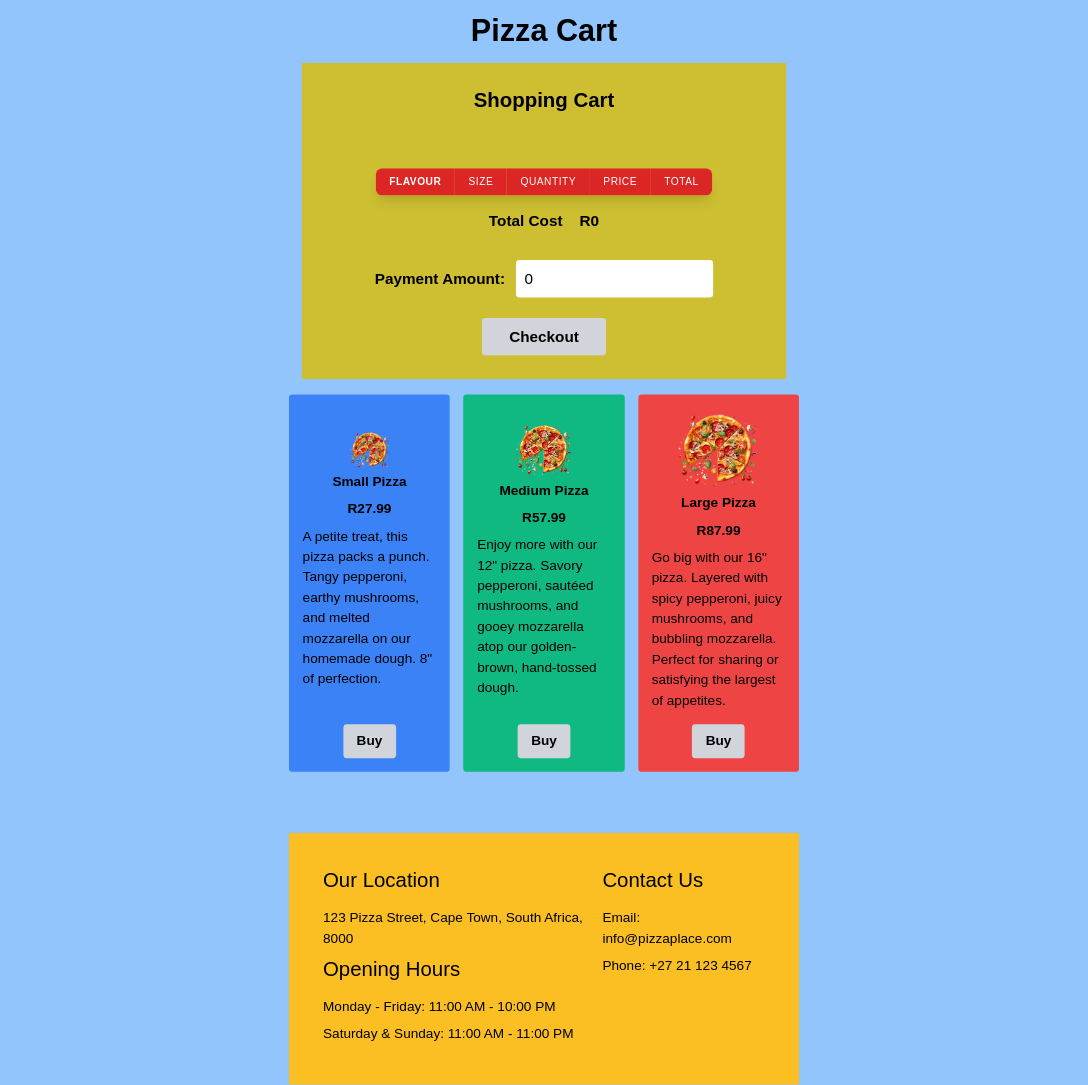
Repository: lasity34/pizza-cart-with-api
Page: index.html
These files come from the project's save history. The page is drawn as it stood at one moment and after the next save; the edit follows.
The browser window is 1280 px wide. The pictures show the whole page, at 85% of full size.
The page's requests for data from a server got no answer. Some web fonts or font styles are not loaded; a fallback is used. Some web libraries are served in a nearby version.

Above is the page before, as saved 2023-07-14 09:48:53.
Console error (its wording comes from the project's code and is left out).

### index.html
<!DOCTYPE html>
<html lang="en">
  <head>
    <meta charset="UTF-8" />
    <meta name="viewport" content="width=device-width, initial-scale=1.0" />
    <title>Pizza Cart</title>
    <script src="//unpkg.com/alpinejs" defer></script>
    <link
      href="https://cdn.jsdelivr.net/npm/tailwindcss@2.1.2/dist/tailwind.min.css"
      rel="stylesheet"
    />
    <script
      src="https://cdnjs.cloudflare.com/ajax/libs/axios/1.4.0/axios.min.js"
      integrity="sha512-uMtXmF28A2Ab/JJO2t/vYhlaa/3ahUOgj1Zf27M5rOo8/+fcTUVH0/E0ll68njmjrLqOBjXM3V9NiPFL5ywWPQ=="
      crossorigin="anonymous"
      referrerpolicy="no-referrer"
    ></script>
    <link href="./style.css" rel="stylesheet" />
    <link rel="preconnect" href="https://fonts.googleapis.com" />
    <link rel="preconnect" href="https://fonts.gstatic.com" crossorigin />
    <link
      href="https://fonts.googleapis.com/css2?family=Titillium+Web:ital@0;1&family=Tsukimi+Rounded:wght@300;400;500&display=swap"
      rel="stylesheet"
    />
  </head>
  <body x-data="pizzaCart" class="bg-blue-300" x-cloak>
    <section class="flex justify-center items-center">
      <h1 class="text-4xl pt-4 font-bold">Pizza Cart</h1>
    </section>

    <section
      class="shop-container my-5 p-7 flex flex-col text-xs sm:text-base md:text-lg lg:text-lg justify-center items-center"
    >
      <h2 class="text-2xl mb-2 font-bold">Shopping Cart</h2>
      <div class="mt-6 flex flex-col items-center">
        <div>
            <section class="mt-8">
                <table class="table-auto w-full rounded-lg overflow-hidden shadow-lg max-w-md mx-auto">
                    <thead class="bg-red-600">
                        <tr>
                            <th class="px-4 py-2 text-left text-xs font-bold font-medium text-white uppercase tracking-wider">Flavour</th>
                            <th class="px-4 py-2 text-left text-xs font-medium text-white uppercase tracking-wider">Size</th>
                            <th class="px-4 py-2 text-left text-xs font-medium text-white uppercase tracking-wider">Quantity</th>
                            <th class="px-4 py-2 text-left text-xs font-medium text-white uppercase tracking-wider">Price</th>
                            <th class="px-4 py-2 text-left text-xs font-medium text-white uppercase tracking-wider">Total</th>
                        </tr>
                    </thead>
                    <tbody class="bg-yellow-100 divide-y divide-gray-200 overflow-auto max-h-64">

                        <template x-for="pizza in cartPizzas">
                            <tr>
                              <td class="px-2 py-1 whitespace-nowrap font-bold text-sm text-gray-500" x-text="pizza.flavour"></td>

                                <td class="px-4 py-2 whitespace-nowrap font-bold text-sm text-gray-500" x-text="pizza.size"></td>
                                <td class="px-4 py-2 whitespace-nowrap font-bold text-sm text-gray-500">
                                    <div class="flex items-center justify-center">
                                        <button
                                            @click="addPizzaToCart(pizza.id)"
                                            class="bg-gray-200 hover:bg-gray-300 text-gray-800 font-bold py-2 px-4 rounded-l"
                                        >
                                            +
                                        </button>
                                        <div x-text="pizza.qty" class="mx-3"></div>
                                        <button
                                            @click="removePizza(pizza.id)"
                                            class="bg-gray-200 hover:bg-gray-300 text-gray-800 font-bold py-2 px-4 rounded-r"
                                        >
                                            -
                                        </button>
                                    </div>
                                </td>
                                <td class="px-4 py-2 whitespace-nowrap text-sm font-bold text-gray-500">
                                    R<span x-text="pizza.price"></span>
                                </td>
                                <td class="px-4 py-2 whitespace-nowrap text-sm font-bold text-gray-500">
                                    R<span x-text="(pizza.qty * pizza.price).toFixed(2)"></span>
                                </td>
                            </tr>
                        </template>
                    </tbody>
                </table>
            </section>


        </div>
        <div class="flex justify-center mt-4">
          <p class="font-bold">Total Cost</p>
          <p class="ml-5 font-bold">
            R<span x-text="cartTotal">0.00</span>
          </p>
        </div>
        <div class="mt-4">
          <span x-html="payMessage"></span>
        </div>

        <div class="mt-4" x-show="total() !== 0" x-cloak>
          <label class="font-bold">Payment Amount:</label>
          <input
            placeholder="Enter payment here"
            type="number"
            step="0.01"
            class="rounded ml-2 py-2"
            x-model="paymentAmount"
          />
        </div>
        <div class="mt-6">
          <button
            x-cloak
            @click="paymentTotal()"
            class="bg-gray-300 hover:bg-gray-400 py-2 px-8 rounded font-bold"
          >
            <span x-text="total() === 0 ? 'Pay' : 'Checkout'"></span>
          </button>
        </div>
      </div>
    </section>

    <section class="pizza_columns">
      <div
        class="flex flex-col gap-4 mx-auto items-center lg:items-stretch lg:flex-row justify-center"
      >
        <div
          class="flex bg-blue-500 rounded p-4 w-4/5 lg:w-4/5 flex-grow flex-shrink flex flex-col justify-between text-black items-center"
        >
          <div class="flex-grow flex flex-col items-center justify-center">
            <img src="./pizza.png" width="50" />
            <h3 class="mb-2 font-bold">Small Pizza</h3>
            <h3 class="mb-2 font-bold">R27.99</h3>
            <p class="mb-4">
              A petite treat, this pizza packs a punch. Tangy pepperoni, earthy
              mushrooms, and melted mozzarella on our homemade dough. 8" of
              perfection.
            </p>
          </div>
          <button
            @click="buy('small')"
            :disabled="smallAdded"
            class="bg-gray-300 hover:bg-gray-400 transition-colors duration-300 py-2 px-4 rounded font-bold"
          >
            Buy
          </button>
        </div>
        <div
          class="pizza_md bg-green-500 rounded p-4 w-4/5 lg:w-4/5 flex-grow flex-shrink flex flex-col justify-between text-black items-center"
        >
          <div class="flex-grow flex flex-col items-center justify-center">
            <img src="./pizza.png" width="70" />
            <h3 class="mb-2 font-bold">Medium Pizza</h3>
            <h3 class="mb-2 font-bold">R57.99</h3>
            <p class="mb-4">
              Enjoy more with our 12" pizza. Savory pepperoni, sautéed
              mushrooms, and gooey mozzarella atop our golden-brown, hand-tossed
              dough.
            </p>
          </div>
          <button
            @click="buy('medium')"
            :disabled="mediumAdded"
            class="bg-gray-300 hover:bg-gray-400 transition-colors duration-300 py-2 px-4 rounded font-bold"
          >
            Buy
          </button>
        </div>
        <div
          class="pizza_lg bg-red-500 rounded p-4 w-4/5 lg:w-4/5 flex-grow flex-shrink flex flex-col justify-between text-black items-center"
        >
          <div class="flex-grow flex flex-col items-center justify-center">
            <img src="./pizza.png" width="100" />
            <h3 class="mb-2 font-bold">Large Pizza</h3>
            <h3 class="mb-2 font-bold">R87.99</h3>
            <p class="mb-4">
              Go big with our 16" pizza. Layered with spicy pepperoni, juicy
              mushrooms, and bubbling mozzarella. Perfect for sharing or
              satisfying the largest of appetites.
            </p>
          </div>
          <button
            @click="buy('large')"
            :disabled="largeAdded"
            class="bg-gray-300 hover:bg-gray-400 transition-colors duration-300 py-2 px-4 rounded font-bold"
          >
            Buy
          </button>
        </div>
      </div>
    </section>
    <!-- all pizzas display -->
    <section class="mt-8">
        <div class="flex flex-col items-center">
            <template x-for="pizza in pizzas">
                <div class="flex items-center border-b border-gray-200 bg-yellow-200 shadow-lg rounded-lg px-4 py-4 my-3 w-full max-w-xl">
                    <div class="w-24 h-24 flex-shrink-0">
                        <img src="./pizza.png" class="w-full h-full object-cover rounded-lg" />
                    </div>
                    <div class="ml-4 flex-grow flex justify-between w-3/4 items-center">
                        <h5 class="ml-2 text-lg font-bold text-black" x-text="pizza.flavour"></h5>
                        <p class="text-lg text-black mt-5 mb-4 mr-6 font-bold">R<span x-text="pizza.price"></span></p>
                    </div>
                    <div>
                        <button @click="addPizzaToCart(pizza.id)" class="bg-gray-600 hover:bg-gray-700 text-white font-bold py-2 px-4 rounded">Buy</button>
                    </div>
                </div>
            </template>
        </div>
    </section>



    <footer class="bg-yellow-400 text-black mt-10 p-10">
      <div class="container mx-auto flex justify-between">
        <div>
          <h2 class="text-2xl mb-4">Our Location</h2>
          <p class="mb-2">123 Pizza Street, Cape Town, South Africa, 8000</p>

          <h2 class="text-2xl mb-4">Opening Hours</h2>
          <p class="mb-2">Monday - Friday: 11:00 AM - 10:00 PM</p>
          <p class="mb-2">Saturday & Sunday: 11:00 AM - 11:00 PM</p>
        </div>
        <div>
          <h2 class="text-2xl mb-4">Contact Us</h2>
          <p class="mb-2">Email: info@pizzaplace.com</p>
          <p class="mb-2">Phone: +27 21 123 4567</p>
        </div>
      </div>
    </footer>

    <div
      x-show="show"
      x-transition:enter="transition ease-out duration-300"
      x-transition:enter-start="opacity-0 transform scale-90"
      x-transition:enter-end="opacity-100 transform scale-100"
      x-transition:leave="transition ease-in duration-300"
      x-transition:leave-start="opacity-100 transform scale-100"
      x-transition:leave-end="opacity-0 transform scale-90"
      class="fixed inset-0 flex items-center justify-center z-50"
    >
      <div class="bg-green-800 text-white rounded p-5 shadow-lg">
        <p x-text="message"></p>
      </div>
    </div>

    <script src="./pizza.js"></script>
  </body>
</html>

### style.css

body {
    max-width: 600px;
    margin: 0 auto;

font-family: 'Tsukimi Rounded', sans-serif;
}

.shop-container {
    background-color: rgb(205, 190, 50);
    max-width: 95%;
    margin: 1em auto;
}

input::-webkit-outer-spin-button,
input::-webkit-inner-spin-button {
  -webkit-appearance: none;
  margin: 0;
}

input[type="number"] {
  -moz-appearance: textfield;
 text-indent: 10px;
}

[x-cloak] { display: none; }

### pizza.js
function pizzaCart() {
  return {
    quantity: 0,
    paymentAmount: 0,
    message: "",
    payMessage: "",
    smallAdded: false,
    mediumAdded: false,
    largeAdded: false,
    show: false,
    prices: {
      small: 27.99,
      medium: 57.99,
      large: 87.99,
    },
    lastMessageAdded: "",

    pizzas: [],
    username: "bjorn",
    cartId: "jI0VaxiP9k",
    cartPizzas: [],
    cartTotal: 0.0,
    increment(size) {
      if (size === "small" && this.smallAdded) {
        this.smallAmount++;
      } else if (size === "medium" && this.mediumAdded) {
        this.mediumAmount++;
      } else if (size === "large" && this.largeAdded) {
        this.largeAmount++;
      }
    },
    buy(size) {
      if (size === "small") {
        this.smallAdded = true;
        this.smallAmount++; // increment the small pizza count
        this.message = "Small Pizza has been added";
      } else if (size === "medium") {
        this.mediumAdded = true;
        this.mediumAmount++; // increment the medium pizza count
        this.message = "Medium Pizza has been added";
      } else if (size === "large") {
        this.largeAdded = true;
        this.largeAmount++; // increment the large pizza count
        this.message = "Large Pizza has been added";
      }
      this.toggleModal();
    },
    decrement(size) {
      if (size === "small" && this.smallAmount > 0 && this.smallAdded) {
        this.smallAmount--;
        if (this.smallAmount === 0) this.smallAdded = false;
      }
      if (size === "medium" && this.mediumAmount > 0 && this.mediumAdded) {
        this.mediumAmount--;
        if (this.mediumAmount === 0) this.mediumAdded = false;
      }
      if (size === "large" && this.largeAmount > 0 && this.largeAdded) {
        this.largeAmount--;
        if (this.largeAmount === 0) this.largeAdded = false;
      }
    },
    total() {
      return (
        this.smallAmount * this.prices.small +
        this.mediumAmount * this.prices.medium +
        this.largeAmount * this.prices.large
      );
    },
    paymentTotal() {
      if (this.paymentAmount < this.total()) {
        this.payMessage = `<p class='flex bg-red-600 text-white py-2 px-4 font-bold text-lg my-3 py-1'>R${(
          this.total() - this.paymentAmount
        ).toFixed(2)} is needed</p>`;
        setTimeout(() => {
          this.payMessage = "";
        }, 2000);
      } else if (this.paymentAmount > this.total()) {
        this.payMessage = `<p class='flex bg-red-600 text-white py-2 px-4 font-bold text-lg my-3 py-1'>There is R${(
          this.paymentAmount - this.total()
        ).toFixed(2)} too much</p>`;
        setTimeout(() => {
          this.payMessage = "";
        }, 2000);
      } else if (this.paymentAmount == this.total() && this.total() !== 0) {
        this.payMessage =
          "<p class='flex bg-green-600 text-white py-2 px-4 font-bold text-lg my-3 py-1'>Enjoy your pizzas<p>";
        this.reset();
        setTimeout(() => {
          this.payMessage = "";
        }, 2000);
      }
    },
    toggleModal() {
      this.show = !this.show;
      if (this.show) {
        setTimeout(() => {
          this.show = false;
        }, 2000); // Close after 2 seconds
      }
    },
    reset() {
      this.smallAmount = 0;
      this.mediumAmount = 0;
      this.largeAmount = 0;
      this.paymentAmount = 0;
      this.message = "";

      this.smallAdded = false;
      this.mediumAdded = false;
      this.largeAdded = false;
      this.show = false;
    },


    // API

    getCart() {
      const getCartURL = `https://pizza-api.projectcodex.net/api/pizza-cart/${this.cartId}/get`;

      return axios.get(getCartURL);
    },
    addPizza(pizzaId) {
      return axios.post(
        "https://pizza-api.projectcodex.net/api/pizza-cart/add",
        {
          cart_code: this.cartId,
          pizza_id: pizzaId,

        }
      );
    },
    removePizza(pizzaId) {
      return axios.post(
        "https://pizza-api.projectcodex.net/api/pizza-cart/remove",
        {
          cart_code: this.cartId,
          pizza_id: pizzaId,

        }
      );
    },
    showCartData() {
      this.getCart().then((result) => {
        const cartData = result.data;
        this.cartPizzas = cartData.pizzas;
        this.cartTotal = cartData.total;
      });
    },
    init() {
      axios
        .get("https://pizza-api.projectcodex.net/api/pizzas")
        .then((result) => {
          this.pizzas = result.data.pizzas;
        });

      this.showCartData();
    },
    addPizzaToCart(pizzaId) {
      this.addPizza(pizzaId).then(() => {
        this.showCartData();
      });
    },
    removePizzaFromCart() {
      this.removePizza(pizzaId).then(() => {
        this.showCartData();
      })
    },
  };
}

document.addEventListener("alpine:init", () => {
  Alpine.data("pizzaCart", pizzaCart);
});

After the next save:
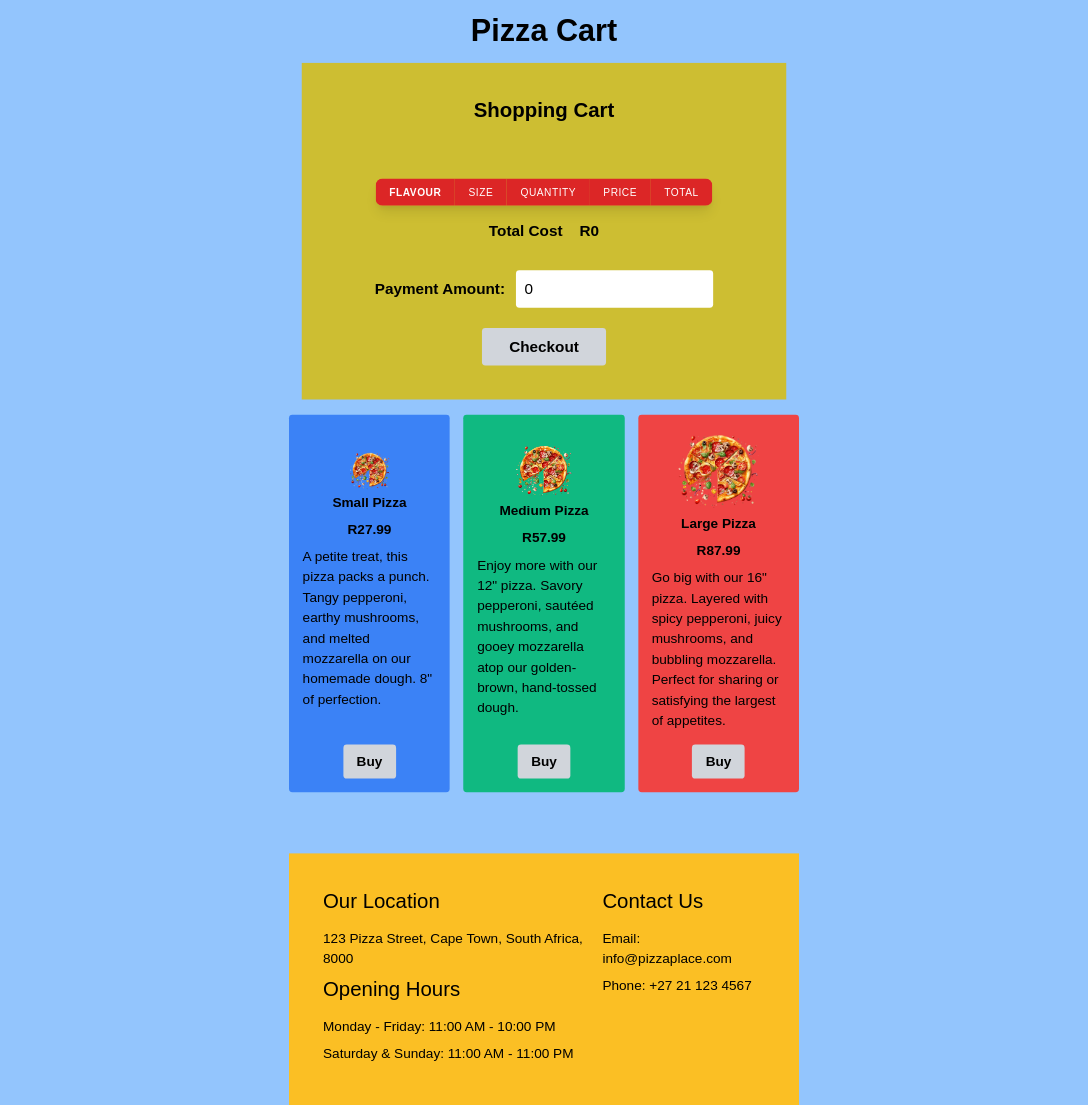
Saved 27 s later.
--- a/index.html
+++ b/index.html
@@ -29,7 +29,7 @@
     </section>
 
     <section
-      class="shop-container my-5 p-7 flex flex-col text-xs sm:text-base md:text-lg lg:text-lg justify-center items-center"
+      class="shop-container my-5 p-10 flex flex-col text-xs sm:text-base md:text-lg lg:text-lg justify-center items-center"
     >
       <h2 class="text-2xl mb-2 font-bold">Shopping Cart</h2>
       <div class="mt-6 flex flex-col items-center">

After the save that followed:
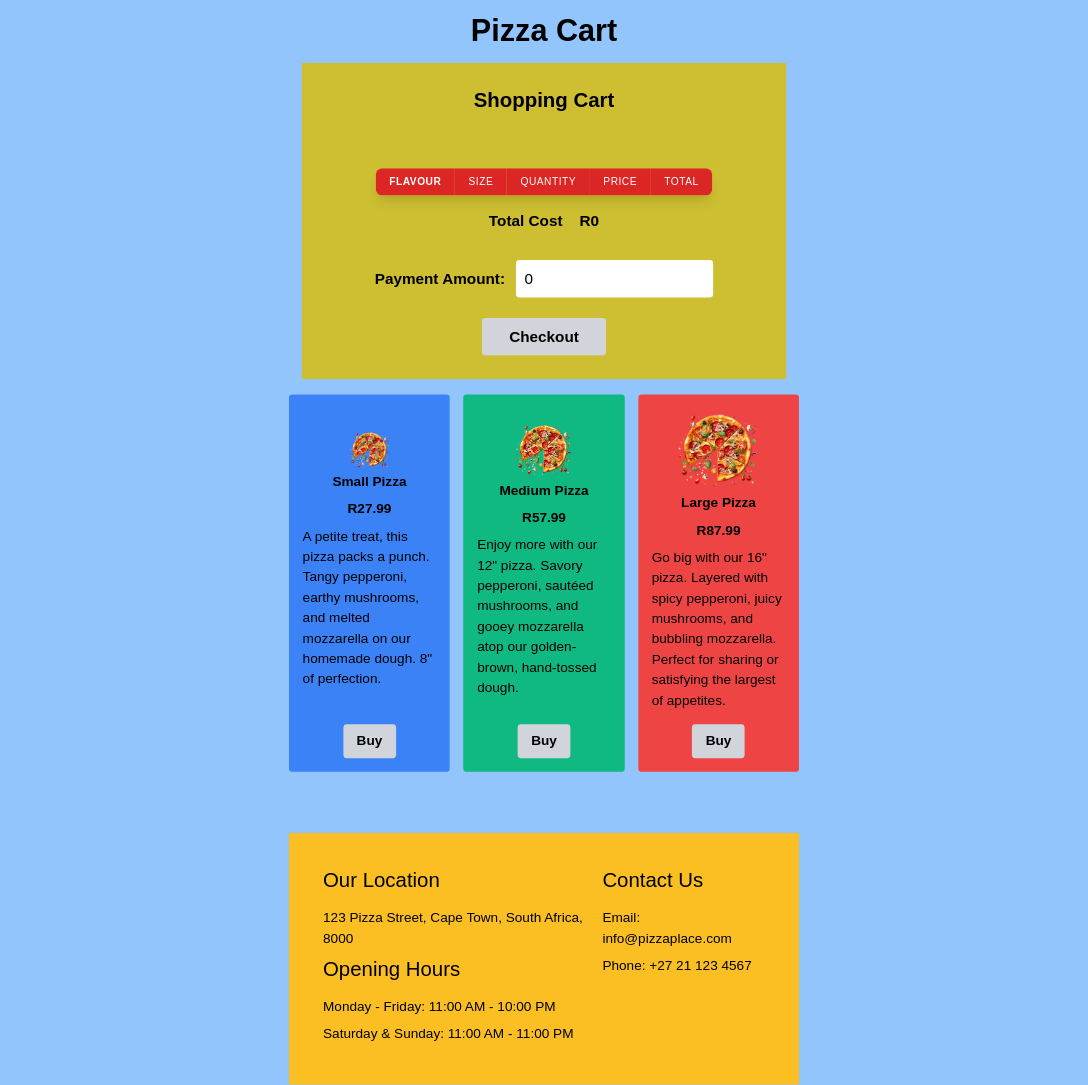
Saved 18 s later.
--- a/index.html
+++ b/index.html
@@ -29,7 +29,7 @@
     </section>
 
     <section
-      class="shop-container my-5 p-10 flex flex-col text-xs sm:text-base md:text-lg lg:text-lg justify-center items-center"
+      class="shop-container my-5 p-7 flex flex-col text-xs sm:text-base md:text-lg lg:text-lg justify-center items-center"
     >
       <h2 class="text-2xl mb-2 font-bold">Shopping Cart</h2>
       <div class="mt-6 flex flex-col items-center">
